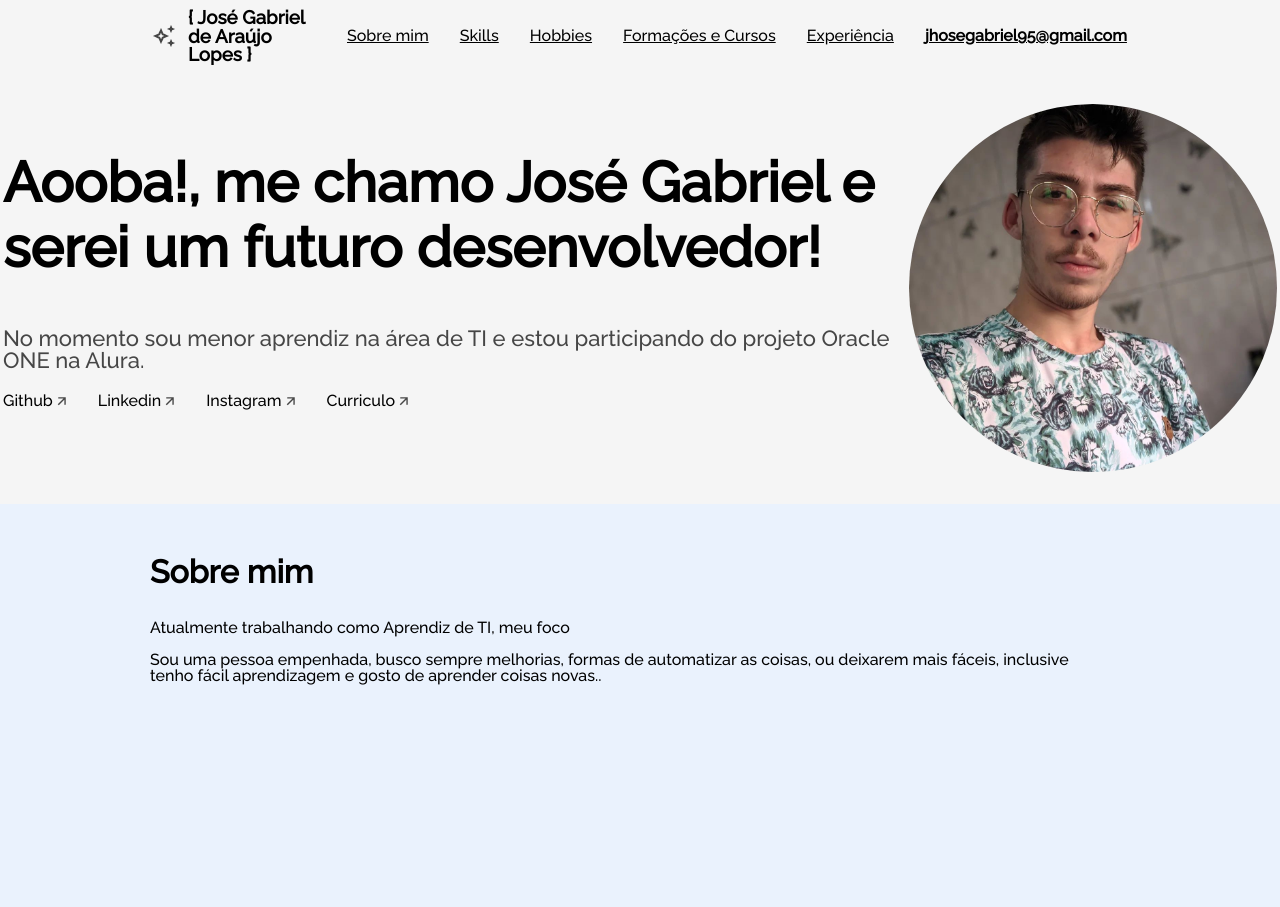
Repository: GabbLps/Portfolio
Page: index.html
The author's editor kept a copy of each file at every save. The page is drawn from the files as they stood at one save, then again after a run of saves.
The browser window is 1280 px wide. The pictures show the whole page.

Above is the page before, as saved 2022-06-23 11:53:49.

### index.html
<!DOCTYPE html>
<html lang="en">
<head>
    <meta charset="UTF-8">
    <meta http-equiv="X-UA-Compatible" content="IE=edge">
    <meta name="viewport" content="width=device-width, initial-scale=1.0">

    <!-- Folha de estilo de CSS Linkado -->
    <link rel="stylesheet" href="style.css">

    <link rel="preconnect" href="https://fonts.googleapis.com">
    <link rel="preconnect" href="https://fonts.gstatic.com" crossorigin>

    <!-- Fonte do Projeto Raleway -->
    <link href="https://fonts.googleapis.com/css2?family=Raleway:wght@500&display=swap" rel="stylesheet">

    <title>Portifólio Pessoal</title>
</head>
<body>
    <!-- Menu Principal-->
    <div class="all">
        <section class="menu">
            <header>
                <img class="img__menu" src="assets\vector.png">
                <h3 class="menu__title">{ José Gabriel de Araújo Lopes }</h3>
            </header>
            <nav>
                <ul class="menu__list">
                    <li class="menu__list__item"><a href="#sobremim">Sobre mim</a></li>
                    <li class="menu__list__item"><a href="#skills">Skills</a></li>
                    <li class="menu__list__item"><a href="#hobbies">Hobbies</a></li>
                    <li class="menu__list__item"><a href="#formacao">Formações e Cursos</a></li>
                    <li class="menu__list__item"><a href="#xp">Experiência</a></li>
                    <li class="menu__list__item"><a href="#contato"><b>jhosegabriel95@gmail.com</b></a></li>
                </ul>
            </nav>
        </section>

        <!-- Sessão de Header/Title/Hero -->
        <section class="title">
            <div class="title__div">
                <img class="title__profile" src="assets\profile.jpg">
                <div class="title__container" id="#sobremim">
                    <h2 class="title__bio">Aooba!, me chamo José Gabriel e serei um futuro desenvolvedor!</h2>
                    <p class="title__subsection">No momento sou menor aprendiz na área de TI e estou participando do projeto Oracle ONE na Alura.</p>
                    <ul class="title__social__media">
                        <!-- Ponha os links de suas redes sociais favoritas -->
                        <li class="title__social__media__item"><a href="https://github.com/GabbLps" target="_blank">Github <img src="assets\arrow.png"> </a></li>
                        <li class="title__social__media__item"><a href="https://www.linkedin.com/in/josegabrielalopes/" target="_blank">Linkedin <img src="assets\arrow.png"></a></li>
                        <li class="title__social__media__item"><a href="https://www.instagram.com/gabbriel.lps/" target="_blank">Instagram <img src="assets\arrow.png"></a></li>
                        <li class="title__social__media__item"><a href="curriculo.pdf" target="_blank">Curriculo <img src="assets\arrow.png"></a></li>
                    </ul>
                </div>
            </div>
        </section>

        <!-- Sessão sobre mim -->
        <section class="about">
            <div class="about__container">
                <h3 class="about__title">Sobre mim</h3>
                <p class="about__paragraph">Atualmente trabalhando como Aprendiz de TI, meu foco  </p>
                <p class="about__paragraph">Sou uma pessoa empenhada,
                    busco sempre melhorias, formas de automatizar as coisas, ou deixarem mais fáceis, inclusive tenho fácil aprendizagem e gosto de aprender coisas novas..</p>
            </div>
        </section>


    </div>
</body>
</html>

### style.css
:root{
    --cor-de-fundo: #F5F5F5;
    --cor-de-link: #000;
    --cor-de-titulos: #464646;
    --cor-fundo-azul: #EAF2ED;
    --cor-caixas: #FBFBFB;
    --azul-botoes: #2A74E4;
}

html {
    background-color: var(--cor-de-fundo);
}

body {
    box-sizing: border-box;
    background-color: var(--cor-de-fundo) ;
    font-family: 'Raleway';
    margin: 0;
    padding: 0;
    line-height: 1;
}

ol, ul,li {
    list-style: none;
}

a{
    text-decoration: none;
    color: var(--cor-de-link);
}

/*Sessão Menu*/

section.menu{
    display: flex;
    justify-content: space-between;
    align-items: center;
    align-content: flex-end;
    height: 10vh;
    margin: 0 153px;
}

section header {
    display: flex;
    align-items: center;
    font-weight: 700;
}

header img {
    margin-right: 13px;
    user-select: none;
}

/* Sessão lista de navegação  */

nav ul.menu__list {
    display: flex;
    justify-content: space-between;
    width: 780px;
    font-size: 16px;
    text-decoration: underline;
}

/*Sessão Title*/

div.title__div{
    display: flex;
    flex-direction: row-reverse;
    justify-content: space-around;
    align-content: center;
    margin: 0 auto;
}

div.title__container{
    width: 900px;
}

div.title__container h2{
    font-size: 56px;
    font-weight: 700;
    line-height: 65px;
}

section.title{
    margin: 32px 0;
}


.title__subsection {
    font-size: 22px;
    color: var(--cor-de-titulos);
    font-weight: 400;
    line-height: 22px;
}

.title__profile{
    width: 368px;
    height: 368px;
    border-radius: 50%;
}

ul.title__social__media{
    display: flex;
    flex-direction: row;
    gap: 32px;
    padding: 0;
    font-weight: 500;
}

ul li.title__social__media__item{
    font-size: 16px;
    font-weight: 500;
}

/* Sessão about */

section.about{
    width: auto;
    height: 383px;
    background-color: #EAF2FD;
    padding-top: 20px;
    padding-left: 150px;
    padding: auto;
}

/* Container sessão about me */

div.about__container{
    max-width: 920px;
}

.about__title {
    font-size: 32px;
    font-weight: 700;
}

.about__paragraph{
    font-size: 16px;
    line-height: 16px;
    font-weight: 400;
}

After the next 2 saves:
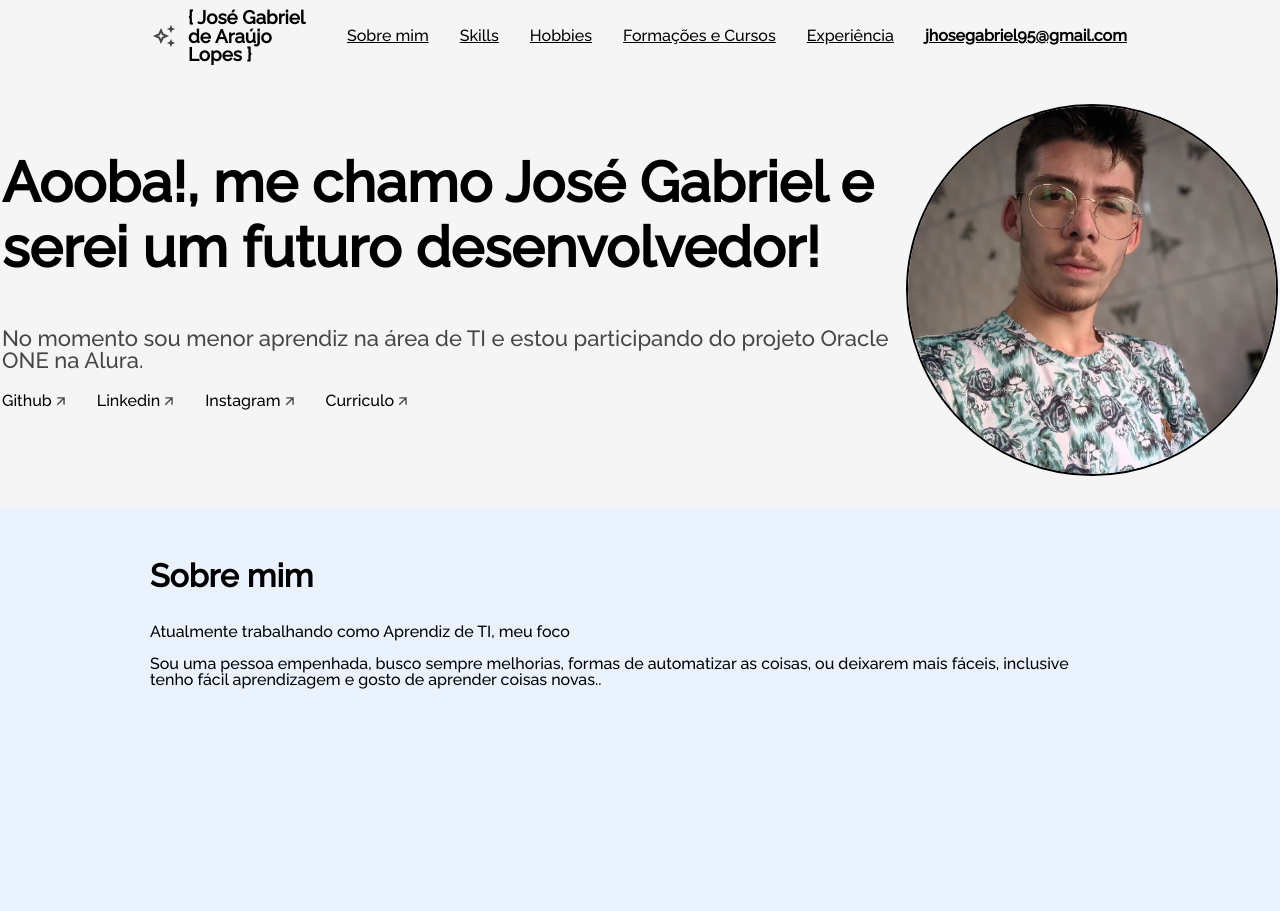
The 2 saves are shown as one change because they came seconds apart.
The last was saved 79 s later.
--- a/style.css
+++ b/style.css
@@ -97,6 +97,7 @@
     width: 368px;
     height: 368px;
     border-radius: 50%;
+    border: solid 2px #000;
 }
 
 ul.title__social__media{
